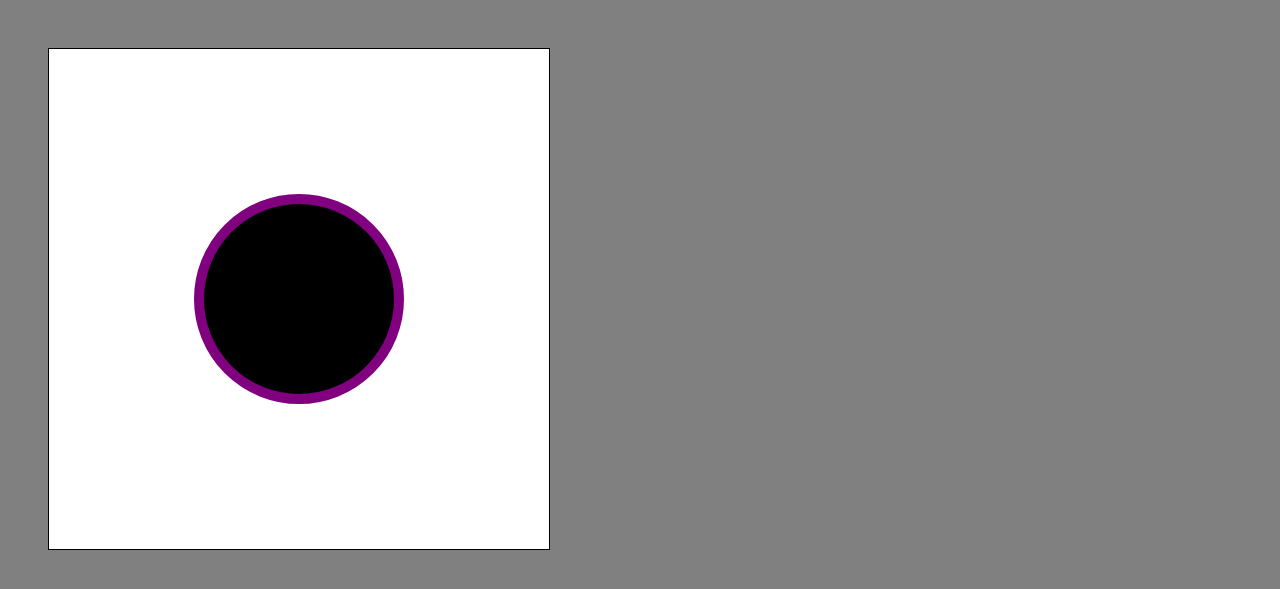
Repository: albinsabu2023/Stopwatch-program
Page: index.html
These files come from the project's save history. The page is drawn as it stood at one moment and after a run of saves; the edit follows.
The browser window is 1280 px wide. The pictures show the whole page.

Above is the page before, as saved 2023-03-03 22:20:38.

### index.html
<!DOCTYPE html>

<head>
    <meta charset="UTF-8">
    <meta http-equiv="X-UA-Compatible" content="IE=edge">
    <meta name="viewport" content="width=device-width, initial-scale=1.0">
    <link rel="stylesheet" href="style.css">
    <title>Document</title>
</head>

   <canvas id ="canvas" width="500" height="500"></canvas>
    <script src="index.js"></script>
</body>
</html>

### style.css
body{
color:white;
background-color: gray;
}

#canvas{
    border:1px solid black;
    background-color: white;
    margin: 40px;

}

### index.js
//canvas api

//DRAW LINES
// let can = document.getElementById("canvas");
// let context = can.getContext("2d");
// context.lineWidth = 10;
// context.strokeStyle = "purple";
// context.beginPath();
// context.moveTo(0, 0);
// context.lineTo(250, 250);
// context.lineTo(500, 0);
// context.moveTo(250, 250);
// context.lineTo(250, 500);

// context.stroke();

//DRAW TRIANGLE
//  <canvas id="canvas" width="500" height="500"></canvas>;
// let can = document.getElementById("canvas");
// let context = can.getContext("2d");
// context.beginPath();
// context.lineWidth = 2;
// context.moveTo(0, 250);
// context.lineTo(250, 0);
// context.lineTo(500, 250);
// context.lineTo(250, 250);
// context.lineTo(0, 250);
// context.fillStyle = "red";
// context.fill();
// context.stroke();

//DRAW RETANGLE
//  <canvas id="canvas" width="500" height="500"></canvas>;
// let can = document.getElementById("canvas");
// let context = can.getContext("2d");
// context.strokeRect(0, 0, 250, 250);

//DRAW CIRCLE

let can = document.getElementById("canvas");
//context.arc(startcord x,startcord y,radius,start angle,end angle,)

let context = can.getContext("2d");

context.arc(250, 250, 100, 0, 2 * Math.PI);
context.fill();
context.lineWidth = 10;
context.strokeStyle = "purple";
context.fillStyle = "blue";

context.stroke();

After the next 2 saves:
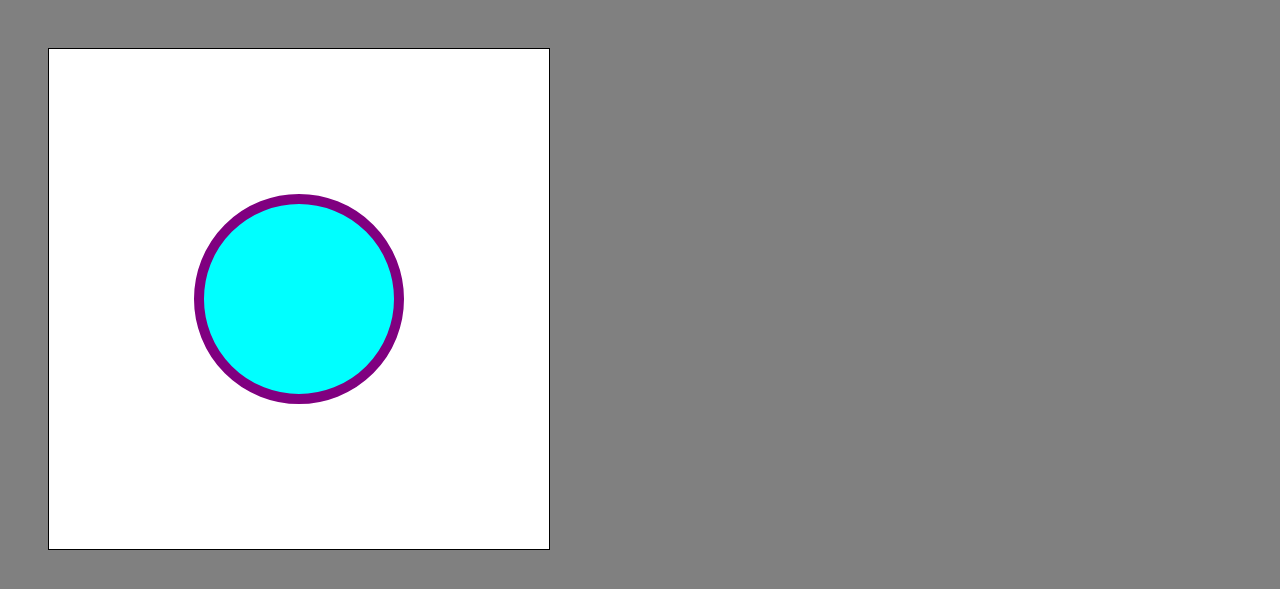
The 2 saves are shown as one change because they came seconds apart.
The last was saved 12 s later.
--- a/index.js
+++ b/index.js
@@ -43,9 +43,9 @@ let can = document.getElementById("canvas");
 let context = can.getContext("2d");
 
 context.arc(250, 250, 100, 0, 2 * Math.PI);
-context.fill();
+
 context.lineWidth = 10;
 context.strokeStyle = "purple";
-context.fillStyle = "blue";
-
+context.fillStyle = "cyan";
+context.fill();
 context.stroke();
